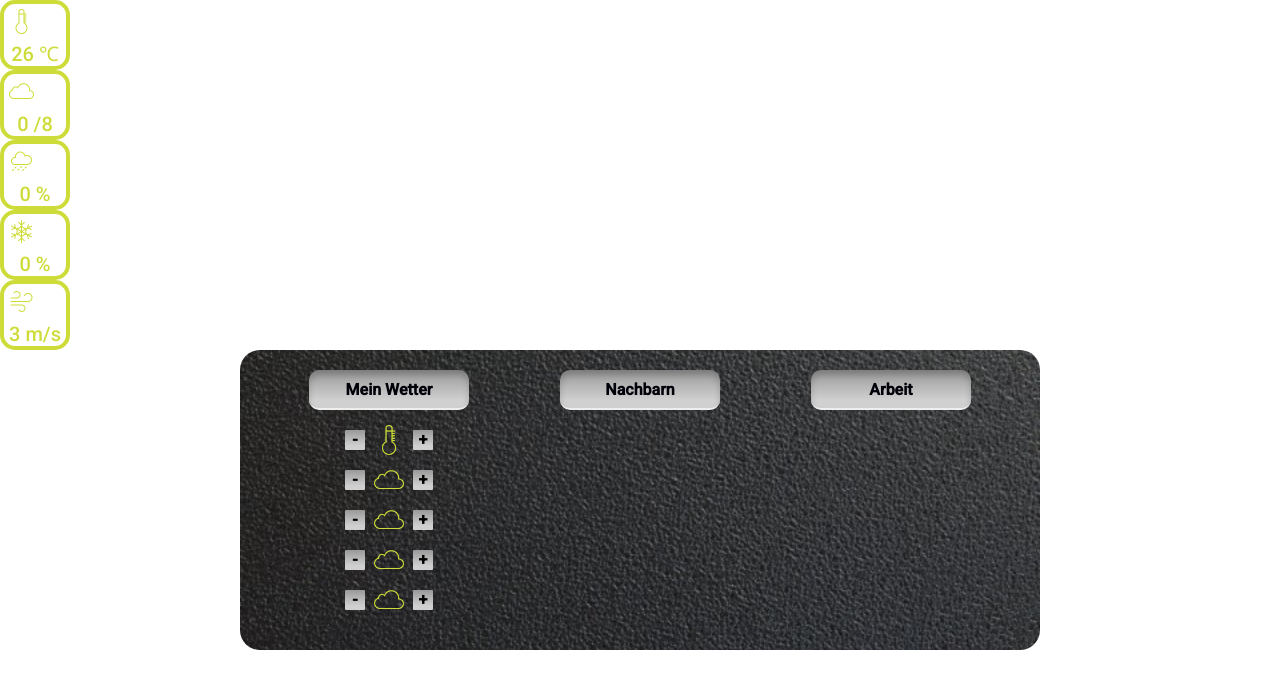
Repository: NadiaSchmitz/wetter.githab.io
Page: index.html
The author's editor kept a record of every edit. The page is drawn from the files as they stood at one moment, then again after the next edit.
The browser window is 1280 px wide. The pictures show the whole page.

Above is the page before.
Not found: styles/background1.css
Not found: styles/background2.css
Not found: styles/background3.css

After the next edit:
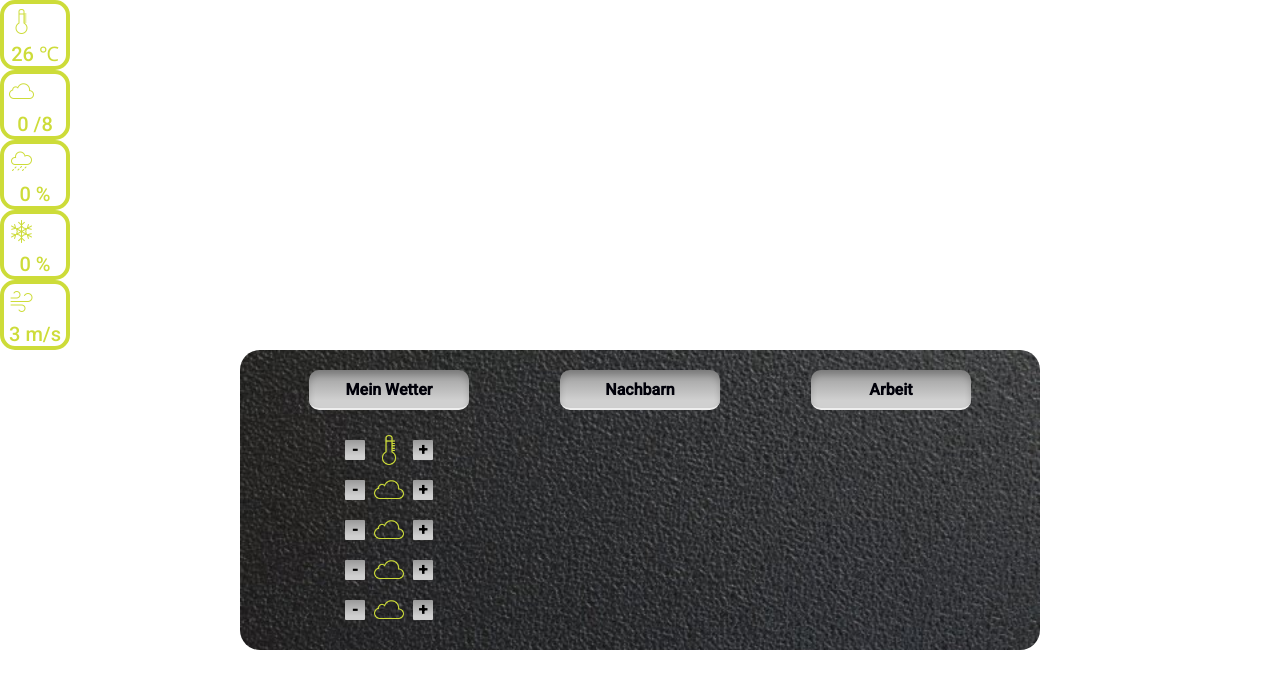
The edit:
--- a/styles/style.css
+++ b/styles/style.css
@@ -67,7 +67,7 @@
 }
 
 .weather_button_wrapper {
-  margin: 0 0 20px 0;
+  margin: 0 0 30px 0;
 }
 
 .weather_button {
